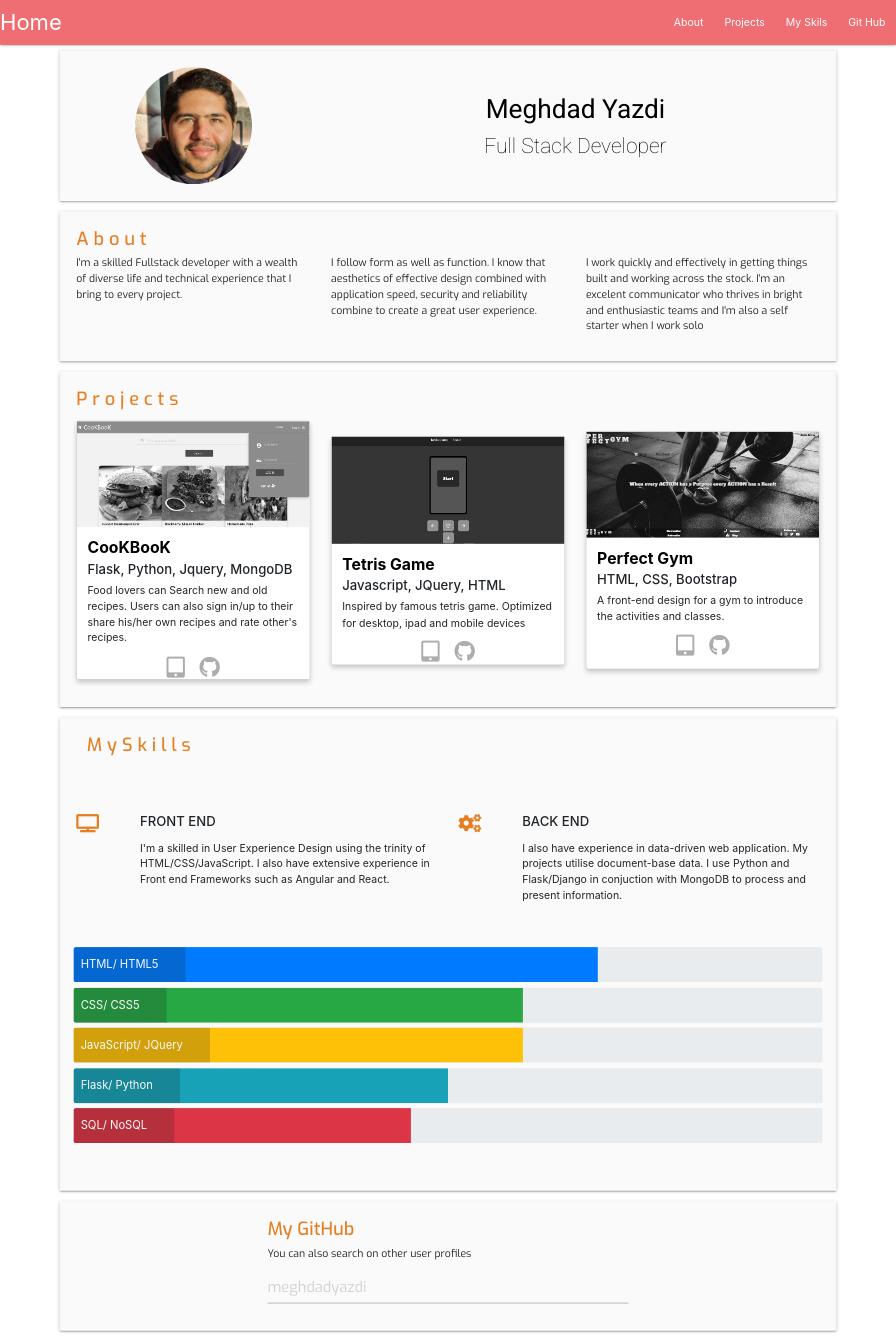
Repository: meghdadyazdi/SD_Res
Page: index.html
The author's editor kept a record of every edit. The page is drawn from the files as they stood at one moment, then again after the next edit.
The browser window is 1280 px wide. The pictures show the whole page, at 70% of full size.
Some web libraries are served in a nearby version.

Above is the page before.
Console error: ReferenceError: $ is not defined

After the next edit:
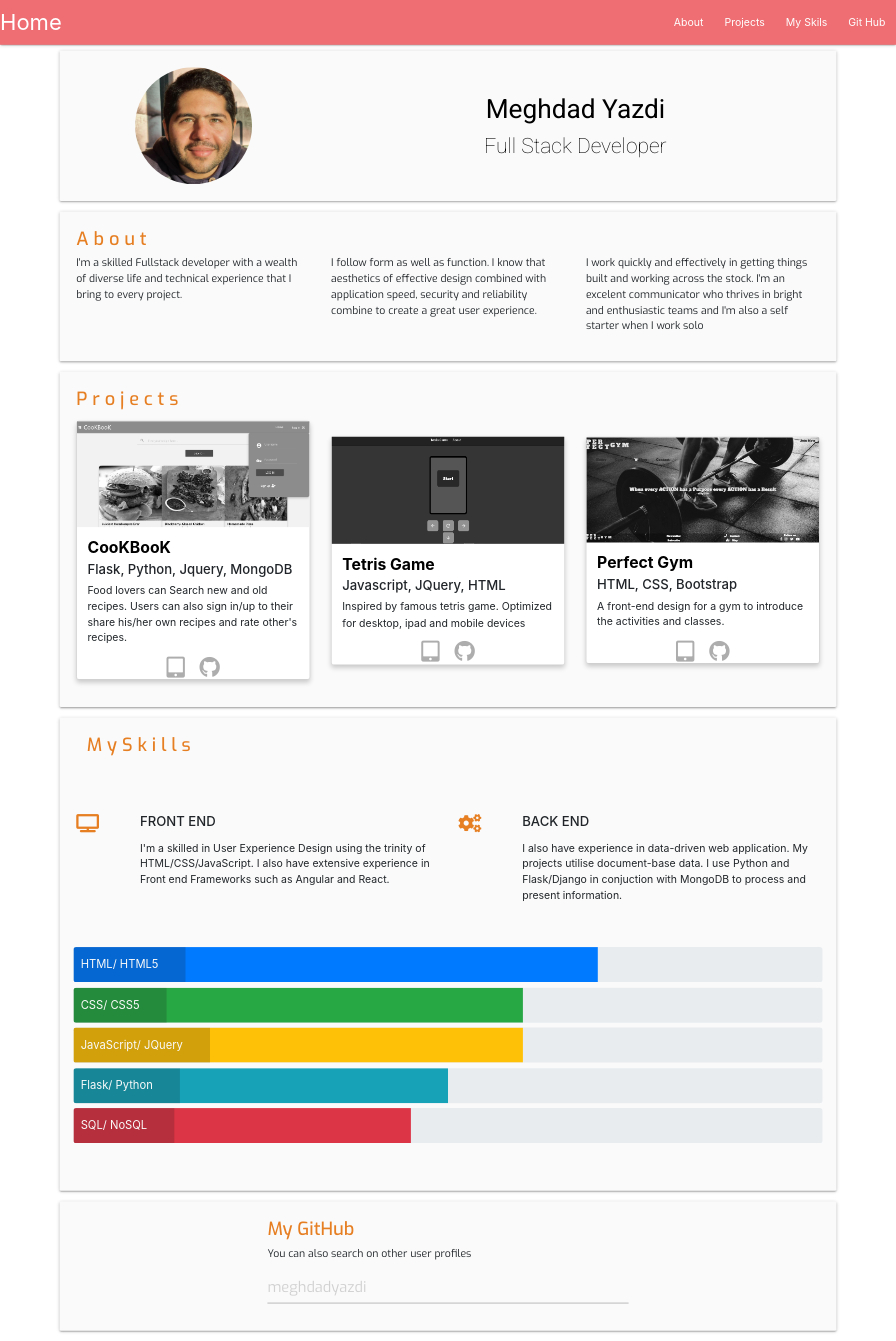
The edit:
--- a/index.html
+++ b/index.html
@@ -141,8 +141,8 @@
           <h4><b>Perfect Gym</b></h4>
           <h5>HTML, CSS, Bootstrap</h5>
           <p>A front-end design for a gym to introduce the activities and classes.</p>
-          <p class="par"><a href="https://meghdadyazdi.github.io/UCFD-Milestone/index.html" target="_blank"><i class="fas fa-tablet-alt"></i></a>
-          &nbsp&nbsp&nbsp&nbsp<a href="https://github.com/meghdadyazdi/UCFD-Milestone" target="_blank"><i class="fab fa-github"></i></a></p>
+          <div class="par"><a href="https://meghdadyazdi.github.io/UCFD-Milestone/index.html" target="_blank"><i class="fas fa-tablet-alt"></i></a>
+          &nbsp&nbsp&nbsp&nbsp<a href="https://github.com/meghdadyazdi/UCFD-Milestone" target="_blank"><i class="fab fa-github"></i></a></div>
         </div>
       </div>
       </div>
